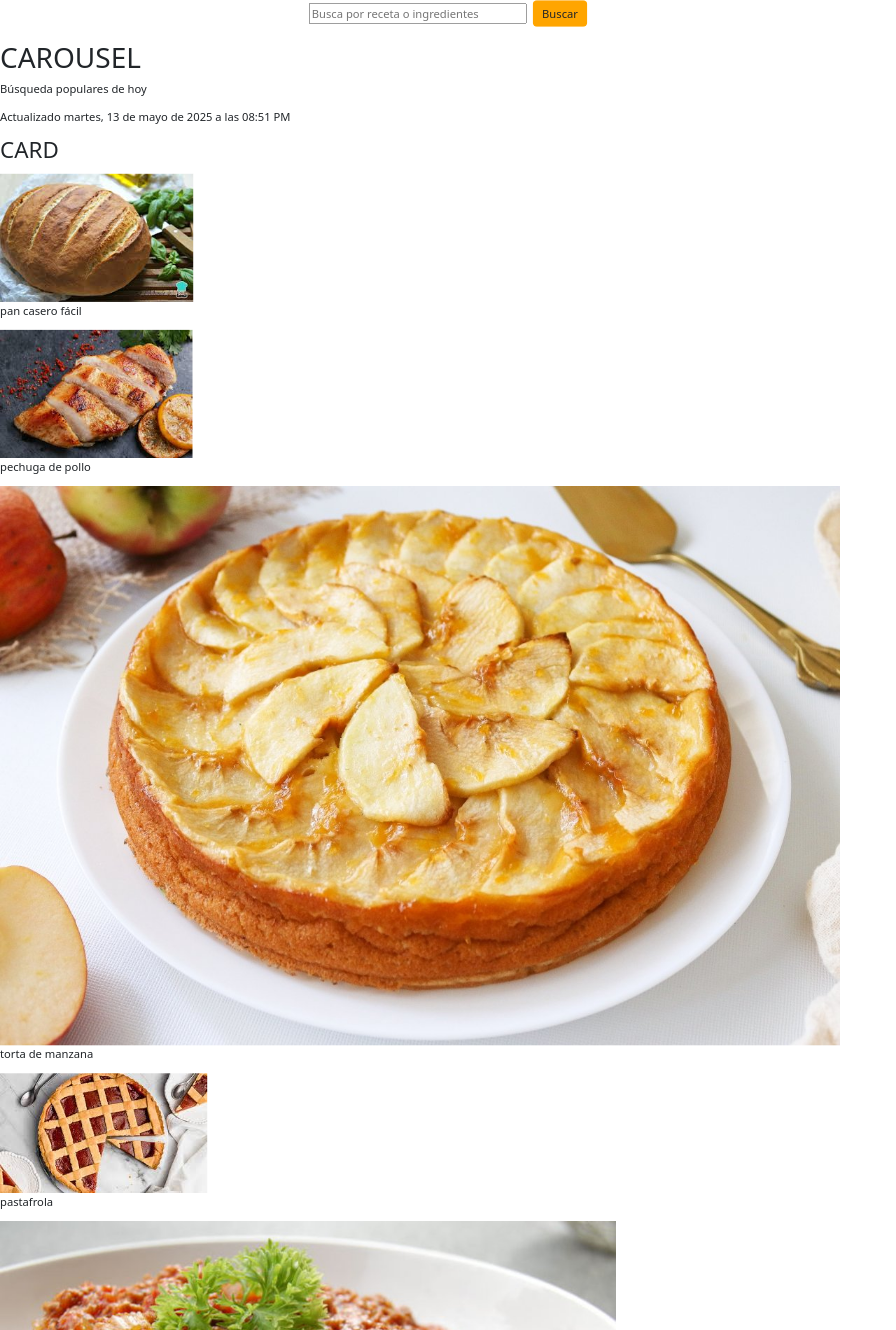
Repository: lucasp3113/coockpad
Page: index.html
These files come from the project's save history. The page is drawn as it stood at one moment and after the next save; the edit follows.
The browser window is 1280 px wide. The pictures show the part of the page from y = 336 to 2236 px (the page is 3670 px tall), at 70% of full size.
A picture or video elsewhere on the page could not be fetched, so the positions and the page height are approximate.

Above is the page before, as saved 2025-05-15 12:02:09.

### index.html
<!DOCTYPE html>
<html lang="es">
<head>
    <meta charset="UTF-8" />
    <meta name="viewport" content="width=device-width, initial-scale=1.0" />
    <title>cookpad</title>
    <link href="https://cdn.jsdelivr.net/npm/bootstrap@5.3.6/dist/css/bootstrap.min.css" rel="stylesheet" integrity="sha384-4Q6Gf2aSP4eDXB8Miphtr37CMZZQ5oXLH2yaXMJ2w8e2ZtHTl7GptT4jmndRuHDT" crossorigin="anonymous">
    <script src="https://cdn.jsdelivr.net/npm/bootstrap@5.3.6/dist/js/bootstrap.bundle.min.js" integrity="sha384-j1CDi7MgGQ12Z7Qab0qlWQ/Qqz24Gc6BM0thvEMVjHnfYGF0rmFCozFSxQBxwHKO" crossorigin="anonymous"></script>
    <link rel="stylesheet" href="style.css"/>
</head>
<body>
    <header class="d-flex flex-row d-flex justify-content-center d-flex align-items-center m-3">
        <img src="logo_coockpad.png" alt="" />
        <h1>cookpad</h1>
    </header>
    <nav class="d-flex flex-row d-flex justify-content-center d-flex align-items-center m-3">
        <input type="text" class="m-1 w-25" placeholder="Busca por receta o ingredientes"/>
        <button type="submit" class="btn btn-orange m-1">Buscar</button>
    </nav>
    <main>
        <section>
            <h1>CAROUSEL</h1>
        </section>
        <article>
            <p>Búsqueda populares de hoy</p>
            <p>Actualizado martes, 13 de mayo de 2025 a las 08:51  PM</p>
        </article>
        <section>
            <section>
                <figure>
                    <h2>CARD</h2>
                </figure>
                <figure>
                    <img src="pan.png" alt="" />
                    <p>pan casero fácil</p>
                </figure>
                <figure>
                    <img src="pechuga.png" alt="" />
                    <p>pechuga de pollo</p>
                </figure>
                <figure>
                    <img src="tarta-de-manzana.png" alt="" />
                    <p>torta de manzana</p>
                </figure>
            </div>
            </section>
            <section>
                <figure>
                    <img src="pastaflora.png" alt="" />
                    <p>pastafrola</p>
                </figure>
                <figure>
                    <img src="fideos.jpg" alt="" />
                    <p>fideos caseros</p>
                </figure>
                <figure>
                    <img src="panqueques.jpeg" alt="" />
                    <p>panqueques para canelones</p>
                </figure>
                <figure>
                    <img src="locro.png" alt="" />
                    <p>locro argentino</p>
                </figure>
            </section>
        </section>
    </main>
</body>
</html>

### style.css
.btn-orange{
    background-color: orange;

}

After the next save:
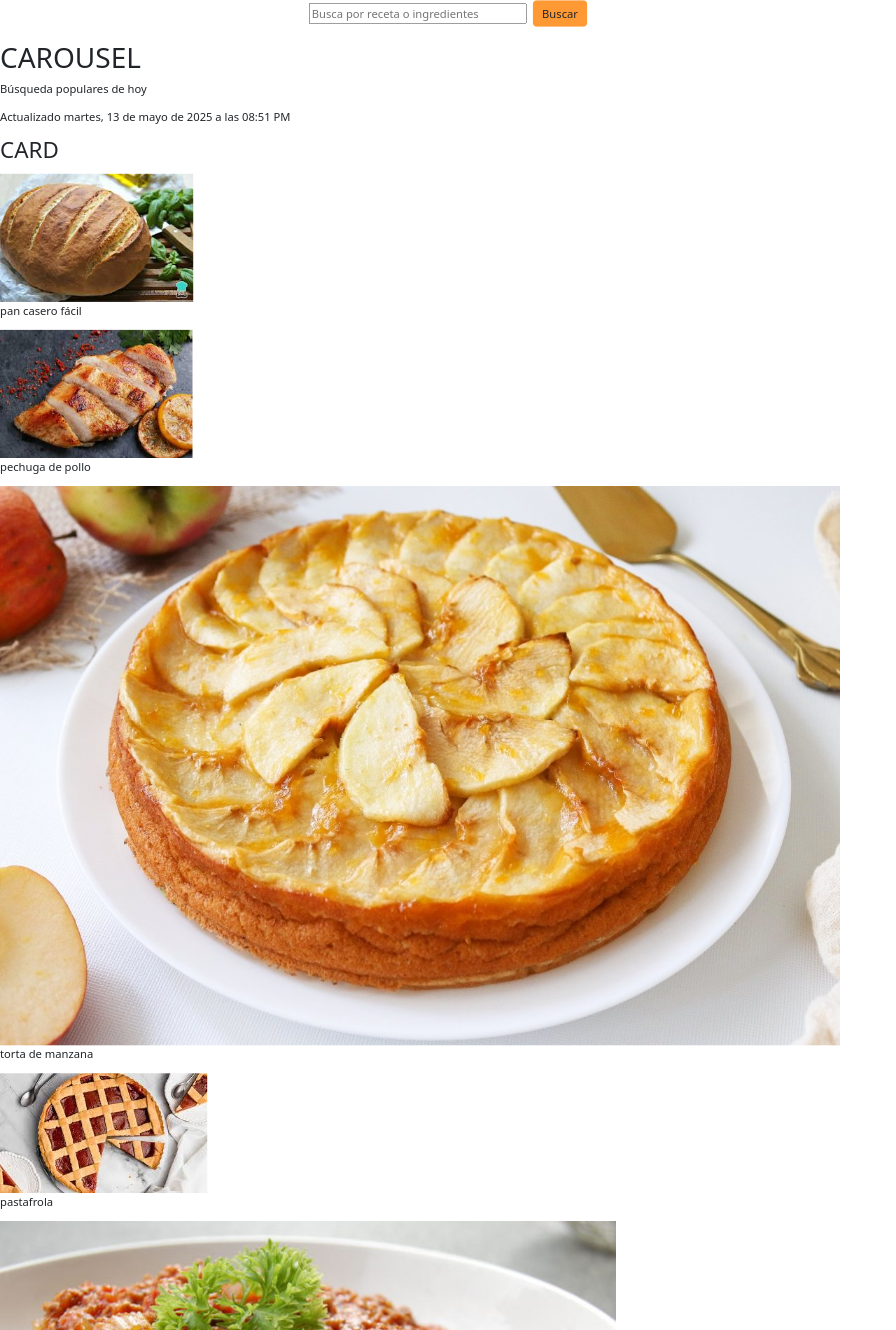
Saved 111 s later.
--- a/style.css
+++ b/style.css
@@ -1,4 +1,4 @@
 .btn-orange{
-    background-color: orange;
+    background-color: rgb(255, 153, 51);
 
 }
